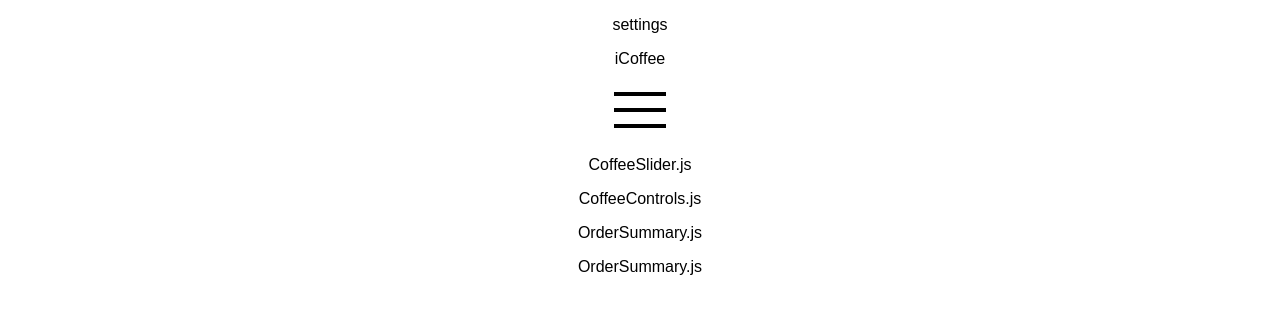
Repository: BG-Guy/CoffeeBuilder
Page: /
These files come from the project's save history. The page is drawn as it stood at one moment and after the next save; the edit follows.
The browser window is 1280 px wide. The pictures show the whole page.
The project was rebuilt for these pictures with package versions that can differ from the ones it lists, and the page was loaded fresh each time.

Above is the page before, as saved 2020-08-15 11:57:36.

### src/App.js
import React from "react";
import CoffeeBuilder from "../src/Components/CoffeeBuilder/CoffeeBuilder";
import "./App.css";
import Navigation from "./Components/Navigation/Navigation";

const App = () => {
    return (
        <div className="App">
            <Navigation />
            <CoffeeBuilder />
            <p>OrderSummary.js</p>
        </div>
    );
};

export default App;

### src/Components/CoffeeBuilder/CoffeeBuilder.js
import React, { Component } from "react";

class CoffeeBuilder extends Component {
    constructor(props) {
        super(props);

        this.state = {
            ingredients: {
                sugar: 0,
                coffee: 0,
                water: 0,
                milk: 0,
            },
            totalPrice: 0,
            purchasing: false,
        };
    }

    render() {
        return (
            <div>
                <p>CoffeeSlider.js</p>
                <p>CoffeeControls.js</p>
                <p>OrderSummary.js</p>
            </div>
        );
    }
}

export default CoffeeBuilder;

### src/Components/Navigation/Navigation.js
import React from "react";
import Menu from "./Menu/Menu";
import Header from "./Header/Header";

const Navigation = (props) => {
    return (
        <div className="Navigation">
            <p>settings</p>
            <Header />
            <Menu />
        </div>
    );
};

export default Navigation;

### src/Components/Navigation/Menu/Menu.js
import React from "react";
import Logo from "../Menu/icons8-menu-52.png";

const Menu = () => {
    return (
        <div>
            <img src={Logo} alt="" />
        </div>
    );
};

export default Menu;

### src/Components/Navigation/Header/Header.js
import React from "react";
import "./Header.css";

const Header = (props) => {
    return (
        <div>
            <p>iCoffee</p>
        </div>
    );
};

export default Header;

### src/Components/Navigation/Navigation.css
.Navigation {
    display: flex;
    justify-content: space-between;
}

Loaded but not shown: public/index.html (common file); src/index.js (common file); src/index.css (common file); src/registerServiceWorker.js (common file); src/App.css (common file); src/Components/Navigation/Header/Header.css (no stored copy; drawn as an empty file)

After the next save:
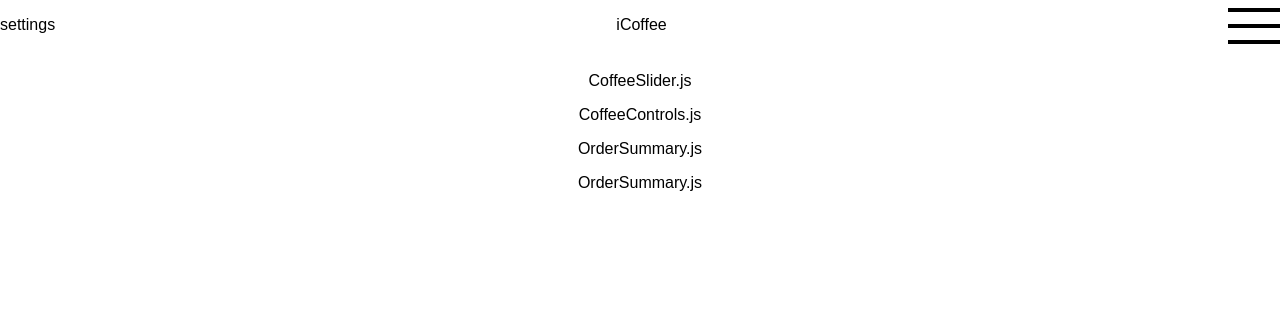
Saved 13 s later.
--- a/src/Components/Navigation/Navigation.js
+++ b/src/Components/Navigation/Navigation.js
@@ -1,6 +1,7 @@
 import React from "react";
 import Menu from "./Menu/Menu";
 import Header from "./Header/Header";
+import "./Navigation.css";
 
 const Navigation = (props) => {
     return (
